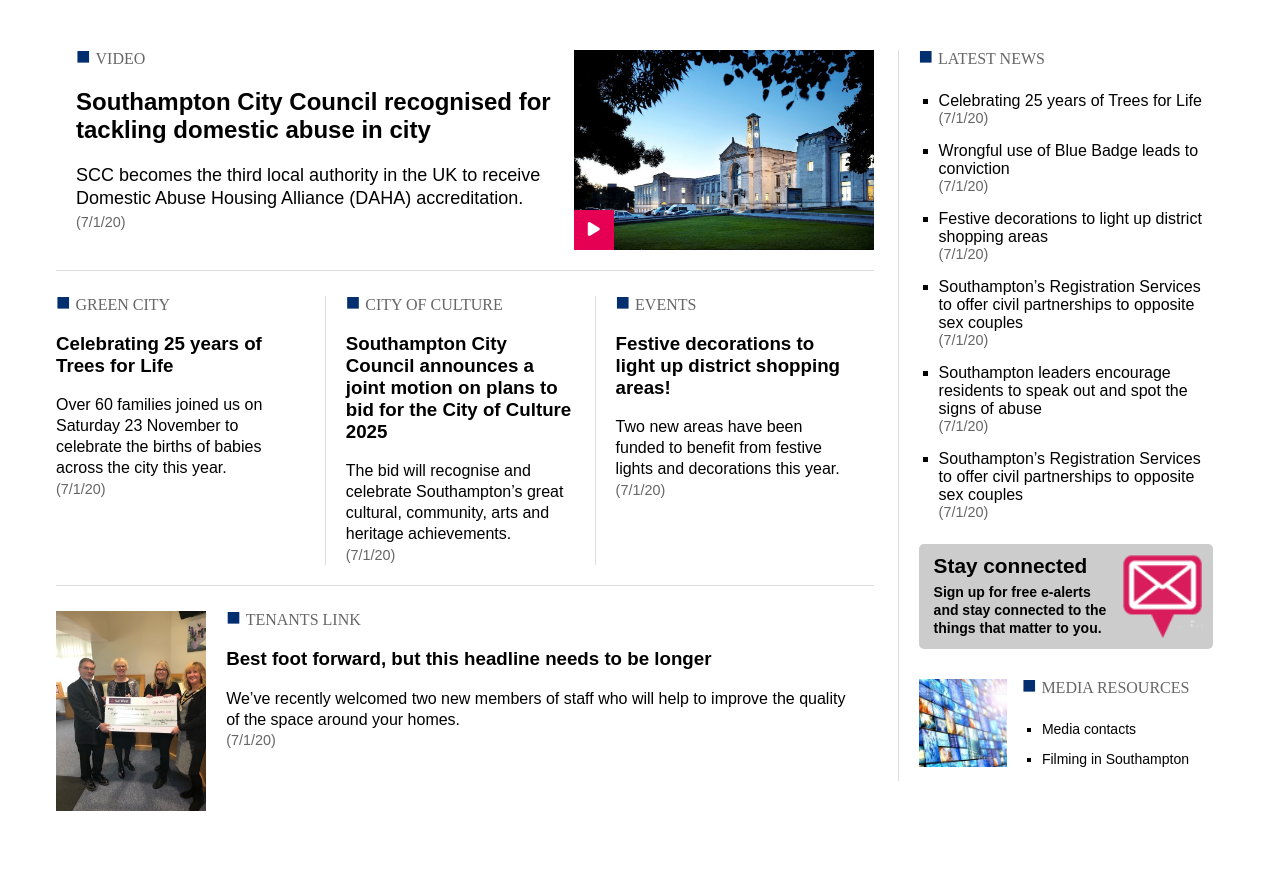
Repository: Domehead123/newspage
Page: index7.html
The author's editor kept a record of every edit. The page is drawn from the files as they stood at one moment, then again after the next edit.
The browser window is 1280 px wide. The pictures show the whole page.
Some web libraries are served in a nearby version.

Above is the page before.

After the next edit:
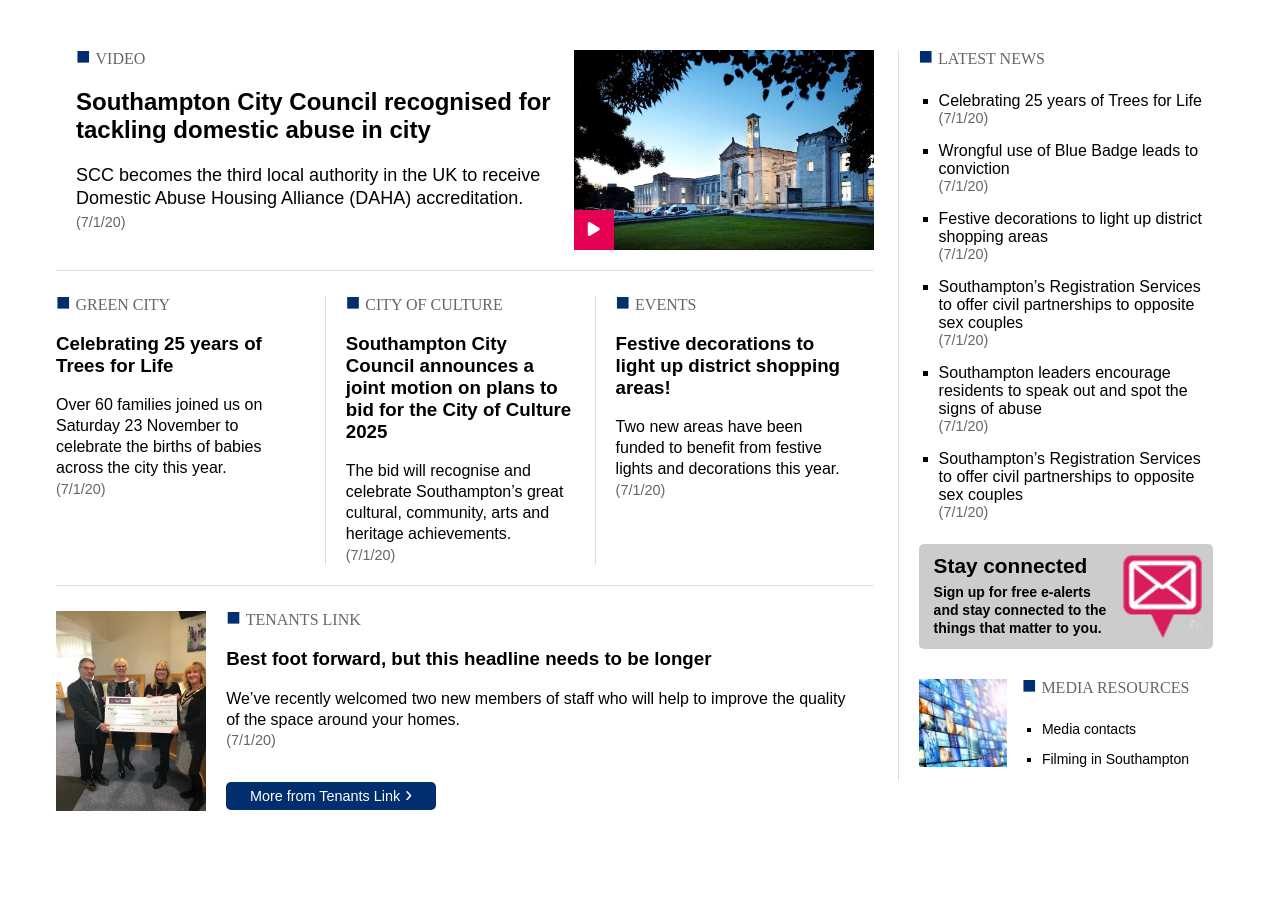
The edit:
--- a/index7.html
+++ b/index7.html
@@ -86,7 +86,10 @@
                         <div class="subject-header ">TENANTS LINK</div>
 
                         <h3><a href="#">Best foot forward, but this headline needs to be longer</a></h3>
-                        <p><a href="#"><img class="bottom-small-pic" src="images/lipstick.jpg">We’ve recently welcomed two new members of staff who will help to improve the quality of the space around your homes. <span class="date">(7/1/20)</span></a></p>
+                        <p><a href="#"><img class="bottom-small-pic" src="images/lipstick.jpg">We’ve recently welcomed two new members of staff who will help to improve the quality of the space around your homes. <span class="date">(7/1/20)</span></a>
+                            <p
+                                class="more"><a href="#">More from Tenants Link</a></p>
+                        </p>
 
                     </div>
 
